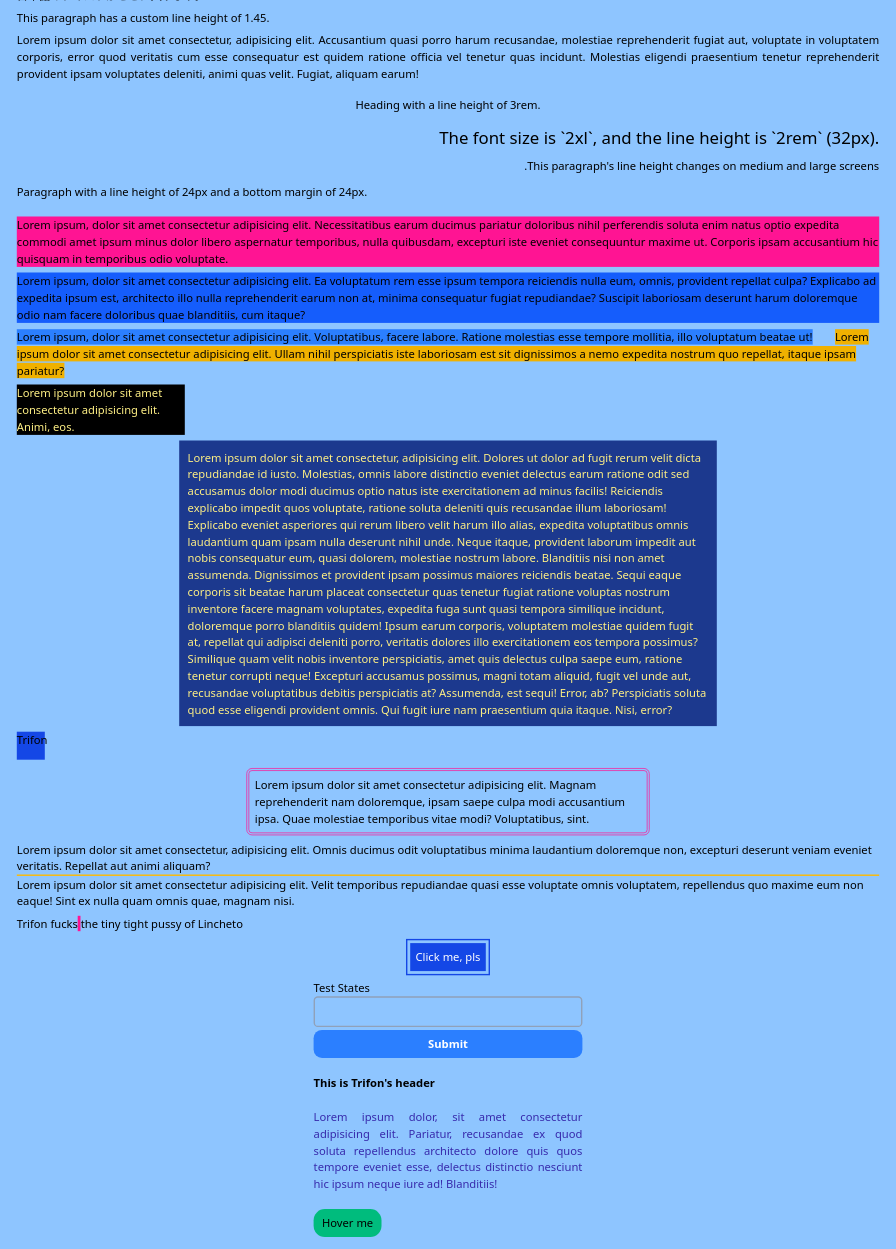
Repository: DinTri/TailwindCss
Page: index.html
An editor plug-in stored every save of this project. The page is shown before and after the next save, followed by the edit.
The browser window is 1280 px wide. The pictures show the part of the page from y = 1145 to 3065 px (the page is 2929 px tall before and 3065 px after), at 70% of full size.
Some web fonts or font styles are not loaded; a fallback is used.

Above is the page before, as saved 2025-06-13 22:59:45.

After the next save:
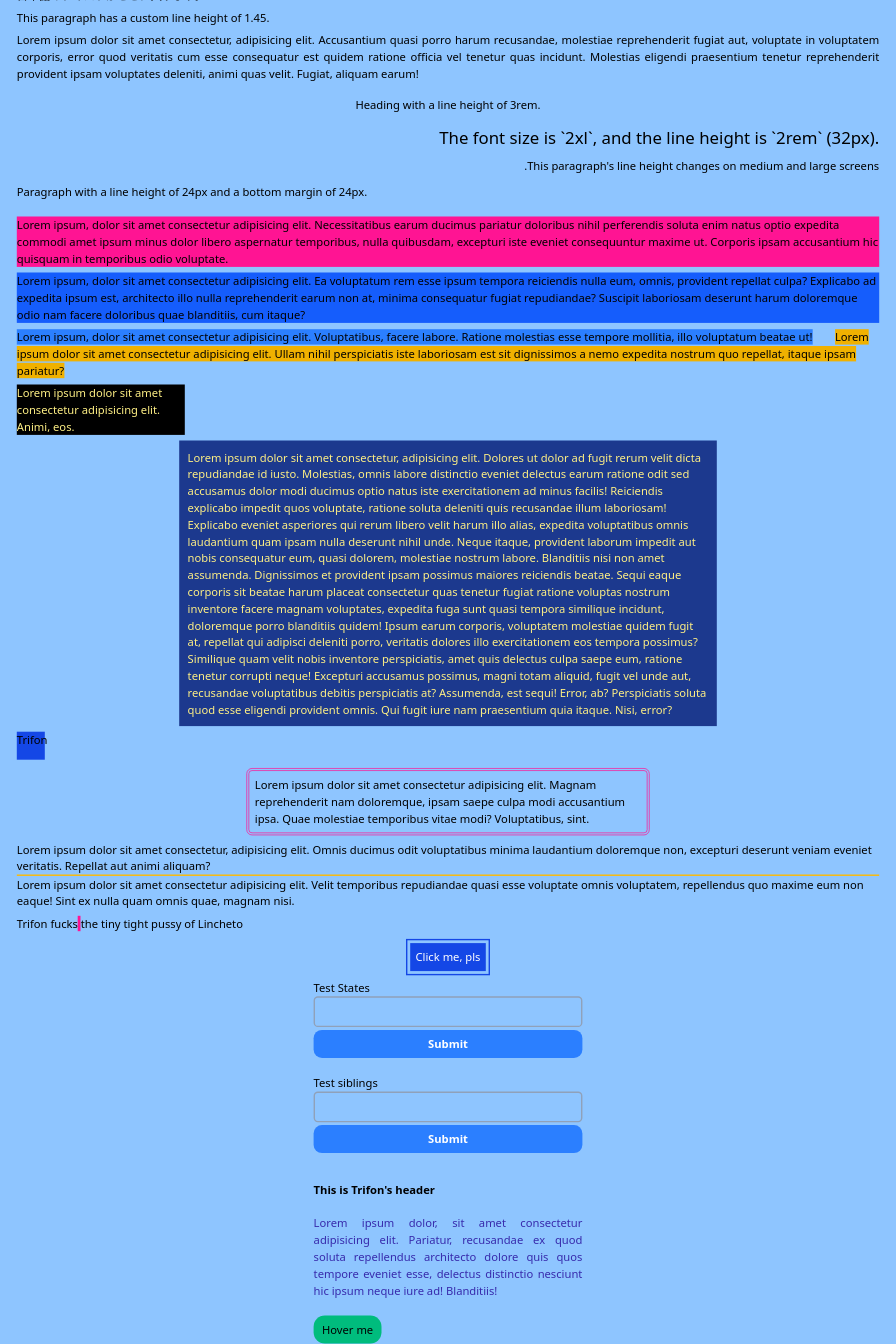
Saved 3 min 30 s later.
--- a/index.html
+++ b/index.html
@@ -119,6 +119,12 @@
   <p class="text-red-500 hidden peer-focus:block">Minimum 8 chars</p>
   <button type="submit" class="w-full bg-blue-500 text-white px-3 py-2 cursor-pointer rounded-xl font-semibold hover:bg-sky-700 hover:font-bold active:bg-red-500">Submit</button>
   </div>
+  <div></div>
+  <label for="my">Test siblings</label>
+  <input minlength="8" type="password" id="my" class="peer w-full border-slate-400 border-2 rounded-md px-3 py-2 mb-1 focus:outline-sky-600" />
+  <p class="text-red-500 hidden peer-focus:block">Minimum 8 chars</p>
+  <button type="submit" class="w-full bg-blue-500 text-white px-3 py-2 cursor-pointer rounded-xl font-semibold hover:bg-sky-700 hover:font-bold active:bg-red-500">Submit</button>
+  </div>
 </form>
 <div class="group/parent1 space-y-6 max-w-sm mx-auto mt-6 hover:bg-[#ff1453]">
   <h3 class="font-semibold group-hover/parent1:text-white">This is Trifon's header</h3>
